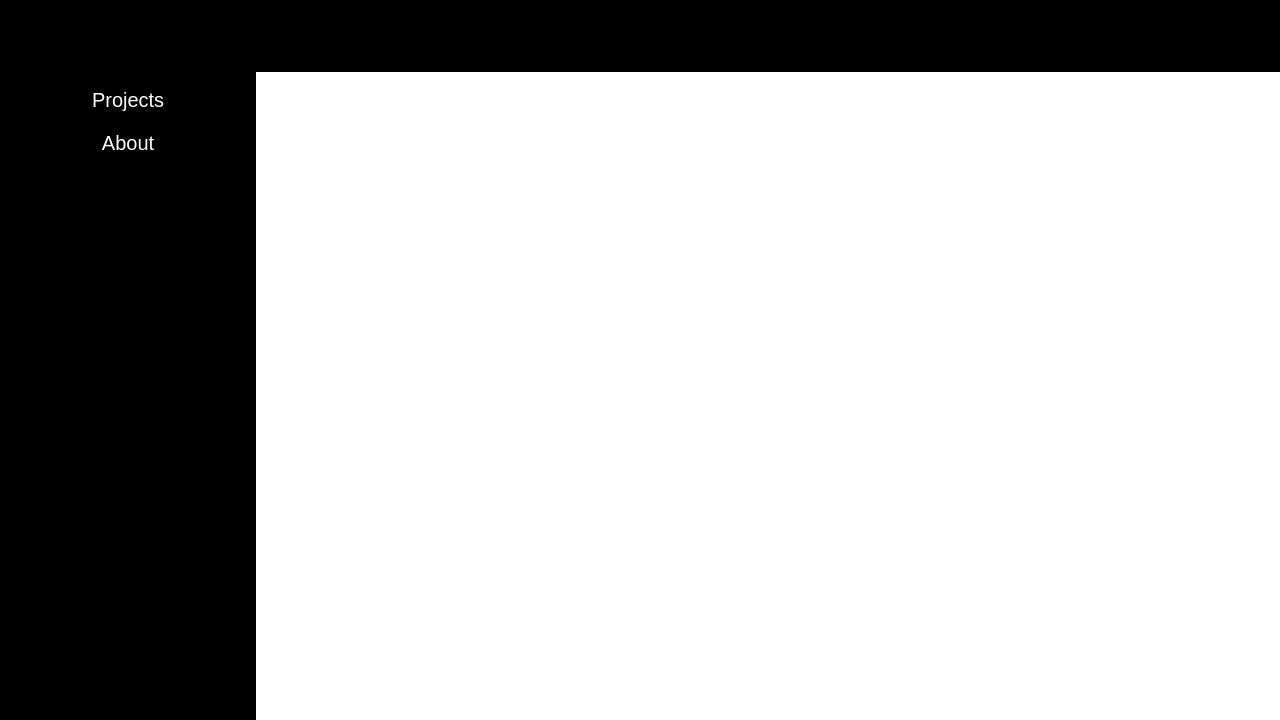
Repository: josephinel6/josephinel6.github.io
Page: index.html
An editor plug-in stored every save of this project. The page is shown before and after the next save, followed by the edit.
The browser window is 1280 px wide. The pictures show the whole page.

Above is the page before, as saved 2023-04-04 10:33:36.

After the next save:
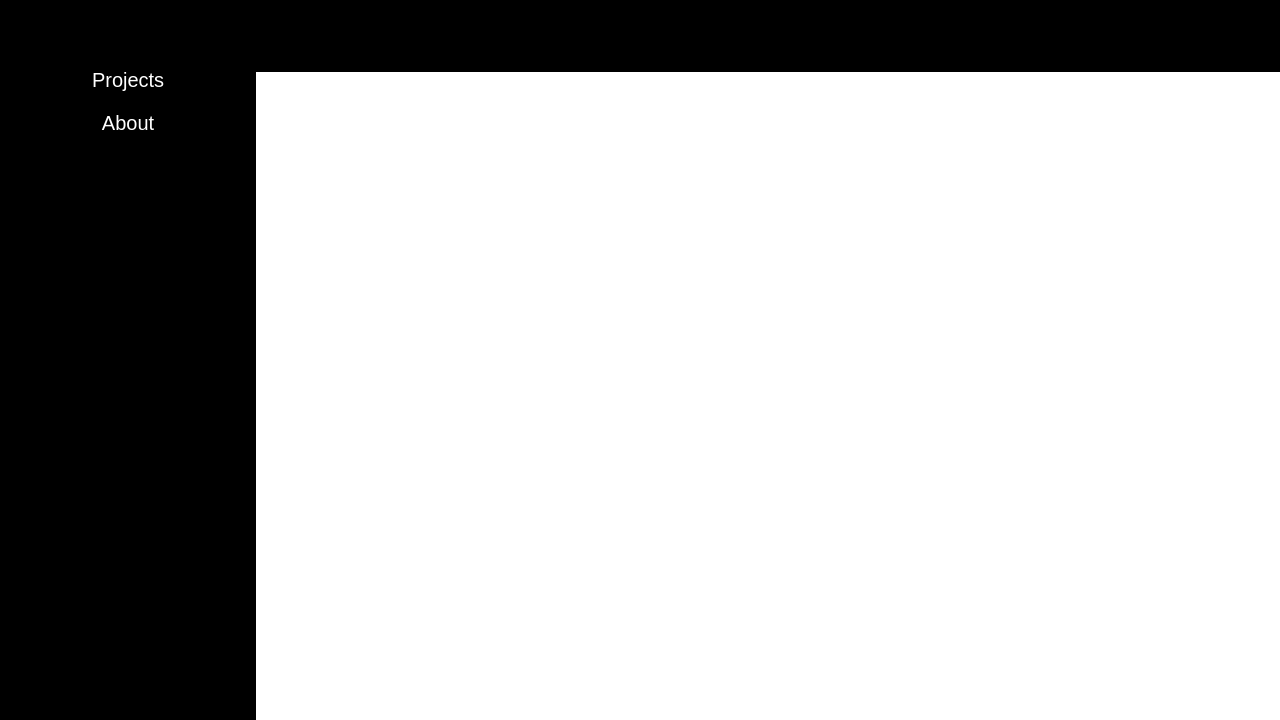
Saved 12 s later.
--- a/index.html
+++ b/index.html
@@ -50,7 +50,7 @@
 
 <body>
     <div id="menu">
-        <div style="padding: 10%">
+        <div style="margin-top: 10%">
             <CENTER>
                 <p class="menutext"> Home </p>
                 <p class="menutext"> Projects </p>
